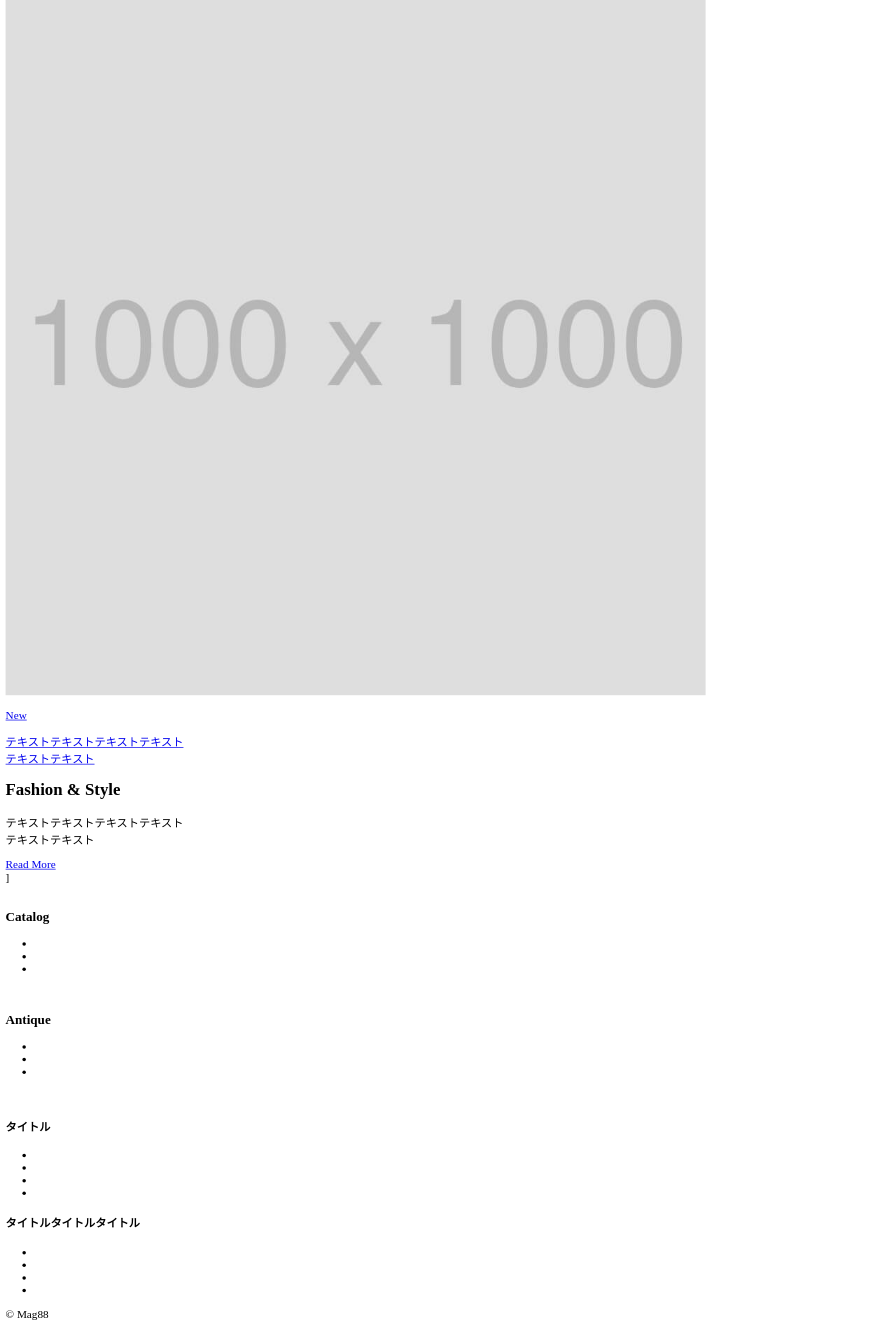
Repository: Fuki-san/bookstore
Page: http://localhost/book
These files come from the project's save history. The page is drawn as it stood at one moment and after a run of saves; the edit follows.
The browser window is 1280 px wide. The pictures show the part of the page from y = 1303 to 3223 px (the page is 3205 px tall before and 3223 px after), at 70% of full size.
The page is served by the project's Laravel application, run on PHP 8.4 with Laravel 10.

Above is the page before, as saved 2023-11-20 12:19:23.

After the next 5 saves:
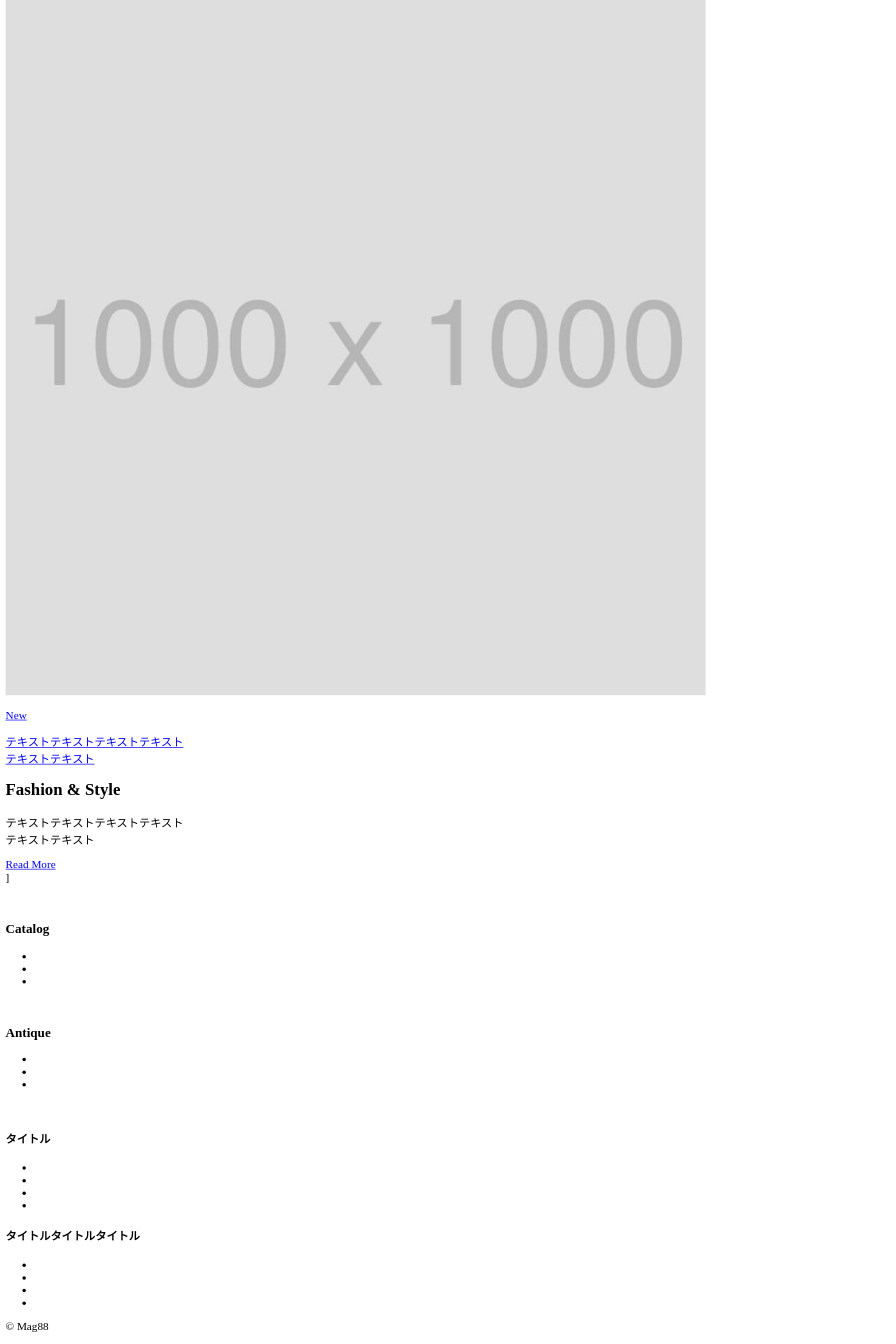
The 5 saves are shown as one change because they came seconds apart.
The last was saved 18 s later.
--- a/resources/views/bookstore.blade.php
+++ b/resources/views/bookstore.blade.php
@@ -48,6 +48,9 @@
 
         <section class="catalog-antique">]
             <div class="flex-item wrapper">
+                <div class="item">
+                    <img src="" alt="">
+                </div>
 
             </div>
             <img src="">
